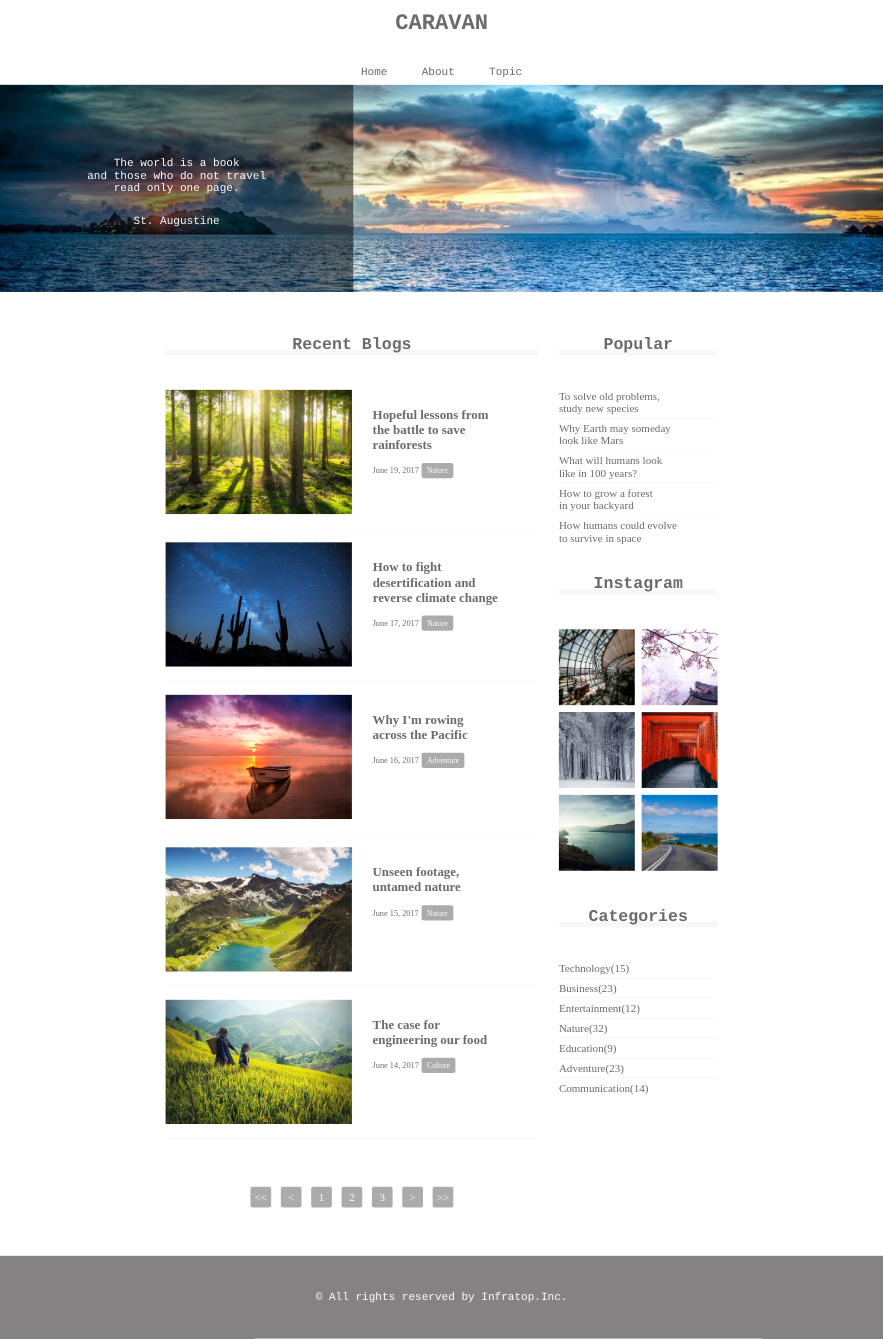
Repository: cacaobucks/git-practice
Page: caravan/index.html
The author's editor kept a record of every edit. The page is drawn from the files as they stood at one moment, then again after the next edit.
The browser window is 1280 px wide. The pictures show the whole page, at 69% of full size.
Some web libraries are served in a nearby version.

Above is the page before.

After the next edit:
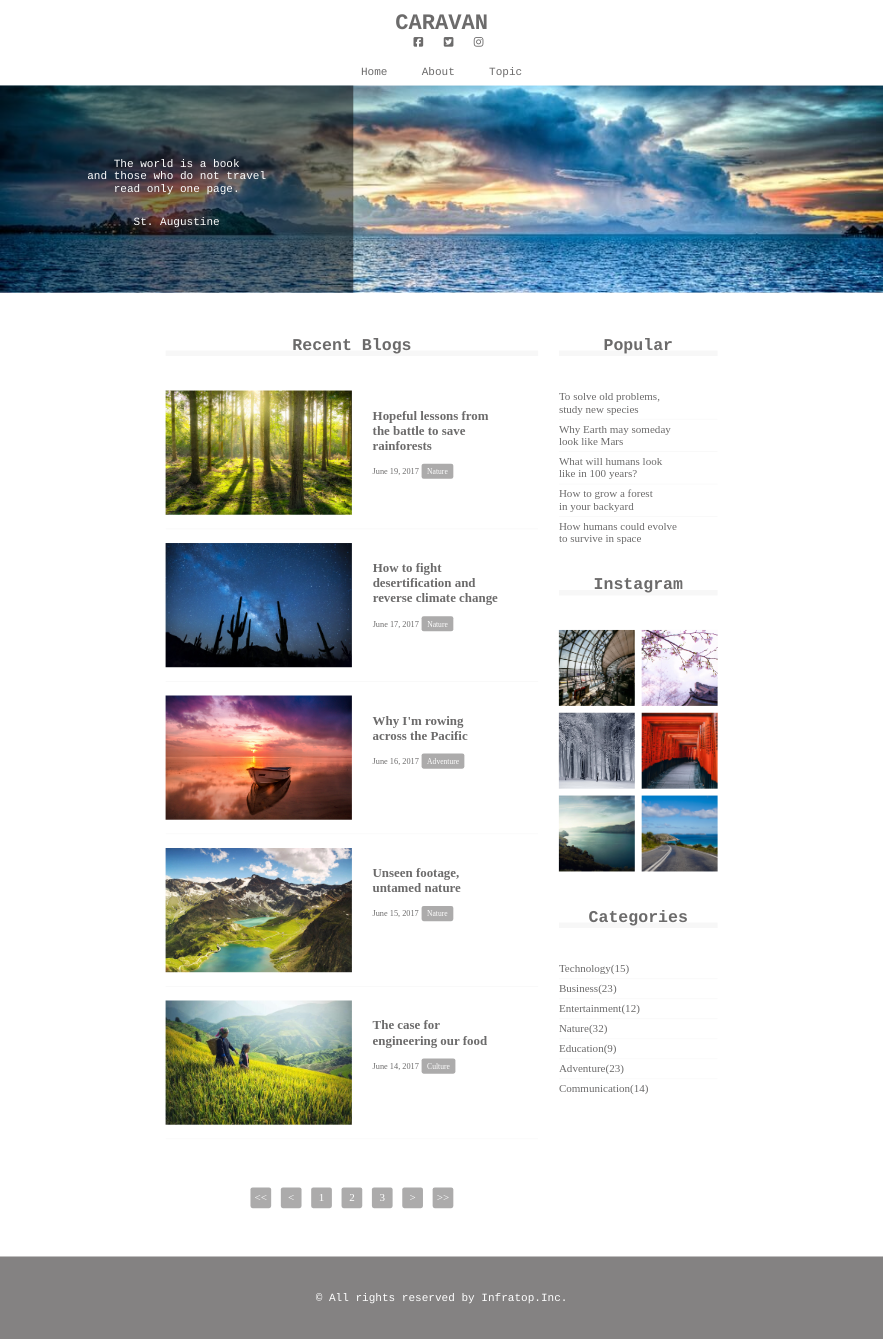
The edit:
--- a/caravan/index.html
+++ b/caravan/index.html
@@ -2,6 +2,9 @@
 <html lang="ja">
   <head>
     <meta charset="UTF-8" />
+    <meta name="viewport" content="width=device-width,initial-scale=1.0">
+    <!-- FontAwesomeの読み込み -->
+    <script src="https://kit.fontawesome.com/b5f8a3cfe1.js" crossorigin="anonymous"></script>
     <!-- CSSファイルの読み込み -->
     <link rel="stylesheet" href="style.css" />
     <title>CARAVAN</title>
